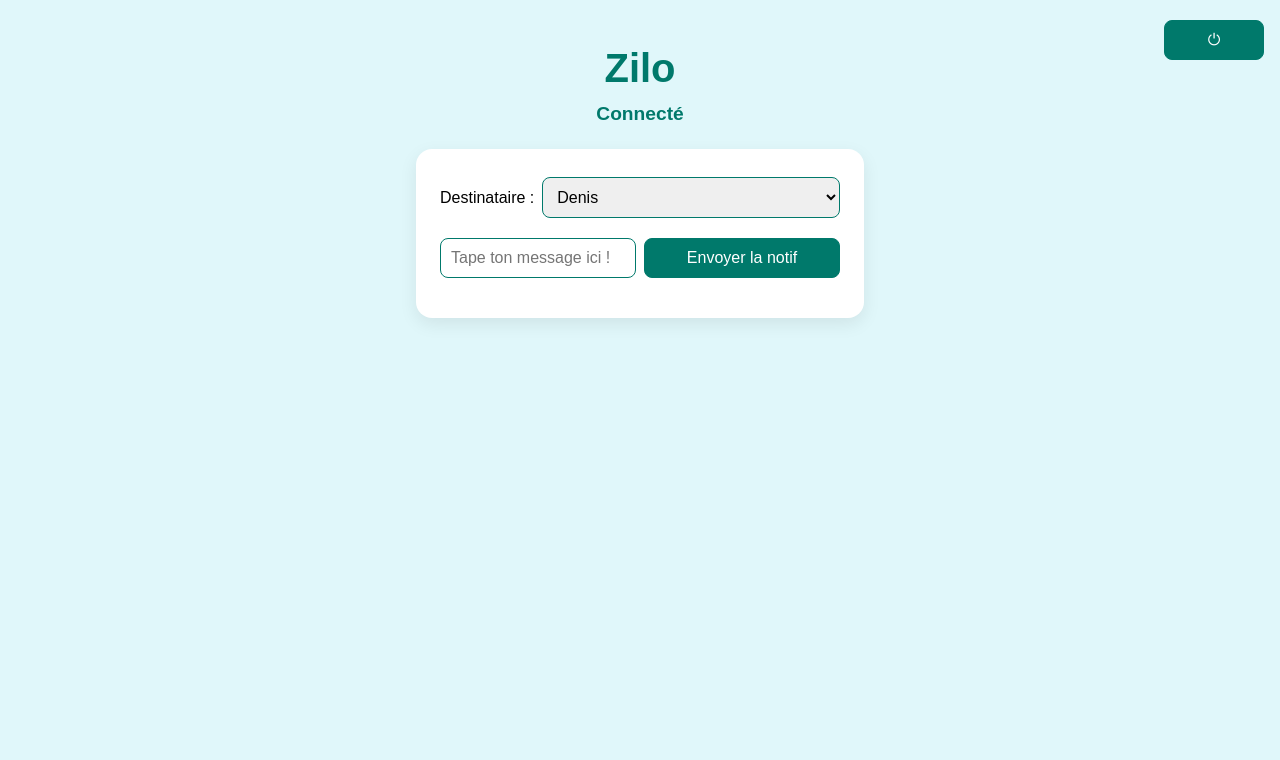
Repository: nlagardere/LumoNet
Page: public/index.html
These files come from the project's save history. The page is drawn as it stood at one moment and after the next save; the edit follows.
The browser window is 1280 px wide. The pictures show the whole page.

Above is the page before, as saved 2025-08-18 20:27:47.

### public/index.html
<!DOCTYPE html>
<html lang="fr">
<head>
  <meta charset="UTF-8" />
  <meta name="viewport" content="width=device-width, initial-scale=1.0" />
  <title>Zilo</title>
  <style>
    body {
      font-family: Arial, sans-serif;
      margin:0;
      padding:0;
      min-height:100vh;
      background:#e0f7fa;
      display:flex;
      flex-direction:column;
      align-items:center;
      padding-top:40px; /* espace en haut pour le header */
    }

    h1, h2 {
      color:#00796b;
      margin:6px 0;
      text-align:center;
    }

    h1 {
      font-size:2.5em;
    }

    h2 {
      font-size:1.2em;
      margin-bottom:24px;
    }

    .card {
      background:#fff;
      padding:24px;
      border-radius:16px;
      box-shadow:0 6px 18px rgba(0,0,0,0.08);
      width:80%;
      max-width:400px;
      display:flex;
      flex-direction:column;
      align-items:center;
      margin-left: 5%;
      margin-right: 5%;
    }

    .row {
      display:flex;
      gap:8px;
      flex-wrap:wrap;
      align-items:center;
      justify-content:center;
      width:100%;
      margin-bottom:12px;
    }

    select, input, button {
      margin:4px 0;
      padding:10px;
      font-size:16px;
      border-radius:8px;
      border:1px solid #00796b;
      flex:1;
      min-width:100px;
    }

    button {
      background:#00796b;
      color:#fff;
      cursor:pointer;
      transition: background 0.3s;
    }

    button:hover {
      background:#004d40;
    }

    .logout {
      position:fixed;
      top:16px;
      right:16px;
      z-index:1000;
    }

    @media (max-width: 500px) {
      h1 { font-size:2em; }
      h2 { font-size:1em; }
      input, select, button { font-size:14px; padding:8px; }
    }
  </style>
</head>
<body>
  <h1>Zilo</h1>
  <h2 id="welcome">Connecté</h2>

  <div class="card">
    <div class="row">
      <label for="recipient">Destinataire :</label>
      <select id="recipient">
        <option value="denis">Denis</option>
        <option value="nathan">Nathan</option>
      </select>
    </div>

    <div class="row">
      <input id="message" type="text" placeholder="Tape ton message ici !" />
      <button id="send">Envoyer la notif</button>
    </div>
  </div>
  <div class="logout">
    <button id="logout">⏻</button>
  </div>

  <script>
    const messageInput = document.getElementById('message');

    async function send(){
      const recipient = document.getElementById('recipient').value;
      const message = messageInput.value.trim();
      if(!message){ alert('Écris un message !'); return; }

      const res = await fetch('/api/send', {
        method:'POST', headers:{'Content-Type':'application/json'},
        body: JSON.stringify({ recipient, message })
      });
      const data = await res.json();
      if(data.ok){
        messageInput.value = '';
        alert('Notification envoyée !');
      } else {
        if(res.status === 401){
          window.location.href = '/login.html';
        } else {
          alert('Erreur : ' + (data.error||'inconnue'));
        }
      }
    }

    async function logout(){
      await fetch('/api/logout');
      window.location.href = '/login.html';
    }

    document.getElementById('send').addEventListener('click', send);
    document.getElementById('logout').addEventListener('click', logout);
    messageInput.addEventListener('keydown', e => { if(e.key==='Enter') send(); });
  </script>
</body>
</html>

After the next save:
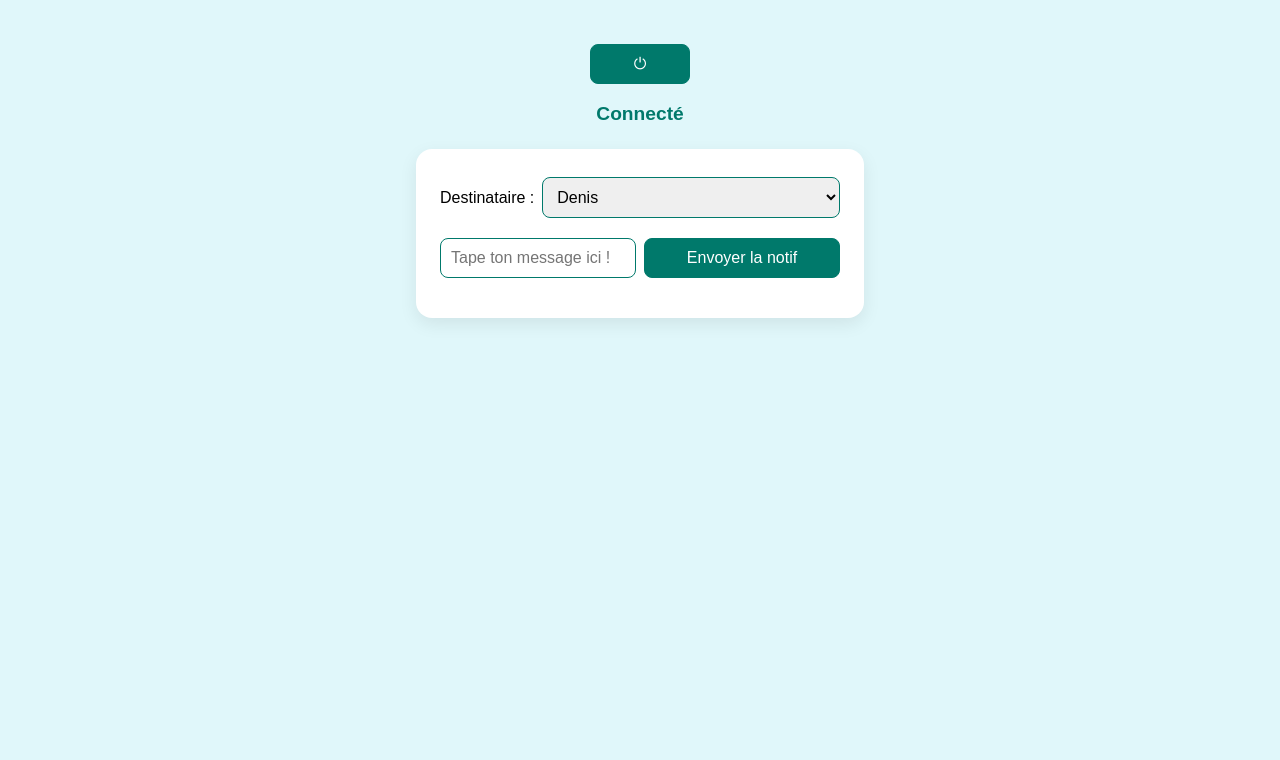
Saved 6 s later.
--- a/public/index.html
+++ b/public/index.html
@@ -79,8 +79,7 @@
 
     .logout {
       position:fixed;
-      top:16px;
-      right:16px;
+
       z-index:1000;
     }
 
